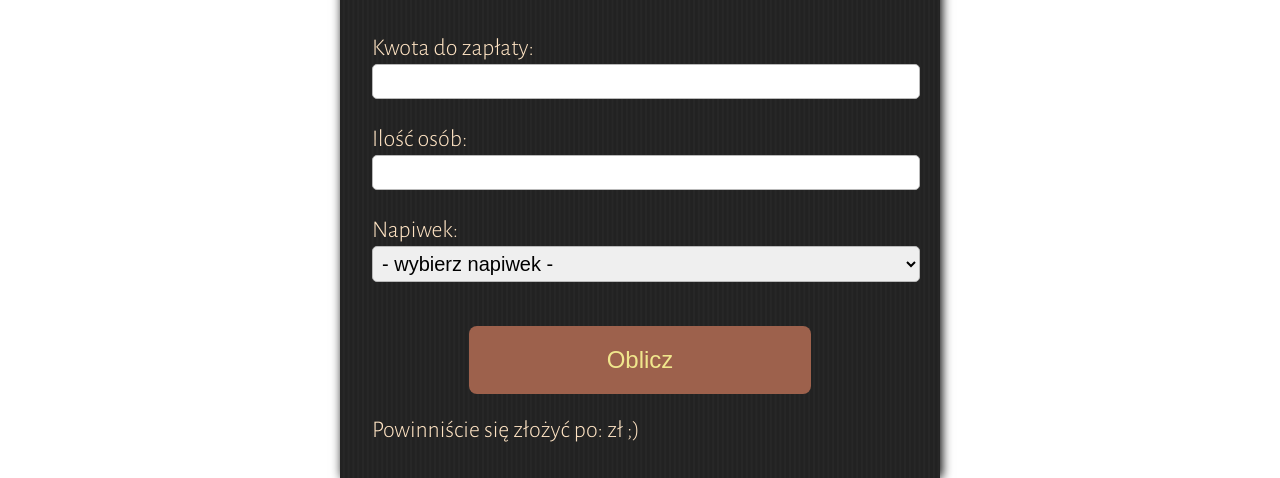
Repository: KrzysKolo/Projekt-2_Rachunek
Page: index.html
These files come from the project's save history. The page is drawn as it stood at one moment and after the next save; the edit follows.
The browser window is 1280 px wide. The pictures show the part of the page from y = 314 to 792 px (the page is 792 px tall before and 782 px after).
Some web fonts or font styles are not loaded; a fallback is used.

Above is the page before, as saved 2020-07-02 08:24:05.

### index.html
<!DOCTYPE html>
<html lang="en">
  <head>
    <meta charset="UTF-8" />
    <meta name="viewport" content="width=device-width, initial-scale=1.0" />
    <title>Projekt 2 - rachunki i napiwki</title>
    <link
      href="https://fonts.googleapis.com/css2?family=Alegreya+Sans:wght@100;300&family=Fontdiner+Swanky&display=swap"
      rel="stylesheet"
    />
    <link rel="stylesheet" href="./css/style.css" />
  </head>
  <body>
    <main class="wrapper">
      <div class="header">
        <h1 class="header__title">Bill - Splitter </h1>
        <h2 class="header__subtitle">Podziel się rachunkiem ze znajomymi ;)</h2>
      </div>
      <section class="articles">

        <div action="" class="article__bill">
            <div class="">
                <label for="value">Kwota do zapłaty: </label>
                <input type="number" class="article__bill--input" id="value" />
            </div>
            <div class=""">
                <label for="people">Ilość osób: </label>
                <input type="number" class="article__bill--input" id="people" />
            </div>
            <div class="">
                <label for="tip">Napiwek: </label>
                <select id="tip" class="article__bill--input">
                    <option value="0" disabled selected> - wybierz napiwek - </option>
                    <option value="0.05">5%</option>
                    <option value="0.1">10%</option>
                    <option value="0.15">15%</option>
                    <option value="0.2">20%</option>
                </select>
             </div>
            <button class="article__btn">Oblicz</button>
            <p class="article__error"></p>
            <p class="article__cost-info">Powinniście się złożyć po: <span class="article__cost"></span>zł ;)</p>
        </div>
      </section>
    </main>
  </body>
</html>

### css/style.css
*,
*::before,
*::after {
  margin: 0;
  padding: 0;
  box-sizing: inherit;
}
body {
  font-size: 16px;
  color: #000000;
  font-family: "Fontdiner Swanky", cursive;
  display: flex;
  flex-direction: column;
  align-items: center;
}
.wrapper {
  width: 600px;
  box-shadow: 2px 0 10px #000;
}
.header {
  padding: 2rem;
  position: relative;
  height: 250px;
  background-image: url("https://cdn.pixabay.com/photo/2017/06/06/22/46/mediterranean-cuisine-2378758_1280.jpg");
  background-size: cover;
  background-position: center;
  z-index: 0;
  display: flex;
  justify-content: center;
  align-items: center;
  flex-direction: column;
}
.header__title {
  color: khaki;
  text-shadow: 3px 3px 5px rgb(12, 5, 5);
  font-size: 4rem;
}
.header__subtitle {
  font-family: "Alegreya Sans", sans-serif;
  color: khaki;
  text-transform: uppercase;
}
.articles {
  background: #222 -webkit-linear-gradient(0deg, #222 50%, #272727 50%);
  background: #222 linear-gradient(90deg, #222 50%, #272727 50%);
  background-size: 0.2em 100%;

  font-family: "Alegreya Sans", sans-serif;
  color: bisque;
  display: flex;
  flex-direction: column;
  padding: 2rem;
  font-size: 1.5rem;
  line-height: 2rem;
}

.article__bill {
  display: flex;
  flex-direction: column;
}
.article__bill--input {
  margin-bottom: 1.5rem;

  font-size: 1.25rem;
  padding: 5px;
  width: 100%;
  border-radius: 5px;
  border: 1px solid rgb(185, 185, 185);
}
.article__btn {
  display: block;
  margin: 20px auto;
  padding: 20px 10px;
  width: 60%;
  font-size: 1.5rem;
  border-radius: 8px;
  color: khaki;
  background-color: rgb(157, 97, 76);
  border: none;
  cursor: pointer;
}
/*
.rotate-hor-center {
  animation: rotate-hor-center 0.5s alternate forwards;
}
----------------------------------------------
 * Generated by Animista on 2020-7-2 6:30:31
 * Licensed under FreeBSD License.
 * See http://animista.net/license for more info.
 * w: http://animista.net, t: @cssanimista
 * ---------------------------------------------- */

/**
 * ----------------------------------------
 * animation rotate-hor-center
 * ----------------------------------------

@keyframes rotate-hor-center {
  0% {
    transform: rotateX(0);
  }
  100% {
    transform: rotateX(-360deg);
  }
}
*/
/* ----------------------------------------------
 * Generated by Animista on 2020-7-2 6:23:43
 * Licensed under FreeBSD License.
 * See http://animista.net/license for more info.
 * w: http://animista.net, t: @cssanimista
 * ---------------------------------------------- */

/**
 * ----------------------------------------
 * animation flip-scale-2-ver-left
 * ----------------------------------------

.flip-scale-2-ver-left {
  -webkit-animation: flip-scale-2-ver-left 0.5s;
  animation: flip-scale-2-ver-left 0.5s;
}
@-webkit-keyframes flip-scale-2-ver-left {
  0% {
    -webkit-transform: translateX(0) rotateY(0) scale(1);
    transform: translateX(0) rotateY(0) scale(1);
    -webkit-transform-origin: 0% 50%;
    transform-origin: 0% 50%;
  }
  50% {
    -webkit-transform: translateX(-50%) rotateY(90deg) scale(2);
    transform: translateX(-50%) rotateY(90deg) scale(2);
    -webkit-transform-origin: 50% 50%;
    transform-origin: 50% 50%;
  }
  100% {
    -webkit-transform: translateX(-100%) rotateY(180deg) scale(1);
    transform: translateX(-100%) rotateY(180deg) scale(1);
    -webkit-transform-origin: 100% 50%;
    transform-origin: 100% 50%;
  }
}
@keyframes flip-scale-2-ver-left {
  0% {
    -webkit-transform: translateX(0) rotateY(0) scale(1);
    transform: translateX(0) rotateY(0) scale(1);
    -webkit-transform-origin: 0% 50%;
    transform-origin: 0% 50%;
  }
  50% {
    -webkit-transform: translateX(-50%) rotateY(90deg) scale(2);
    transform: translateX(-50%) rotateY(90deg) scale(2);
    -webkit-transform-origin: 50% 50%;
    transform-origin: 50% 50%;
  }
  100% {
    -webkit-transform: translateX(-100%) rotateY(180deg) scale(1);
    transform: translateX(-100%) rotateY(180deg) scale(1);
    -webkit-transform-origin: 100% 50%;
    transform-origin: 100% 50%;
  }
}
*/

After the next save:
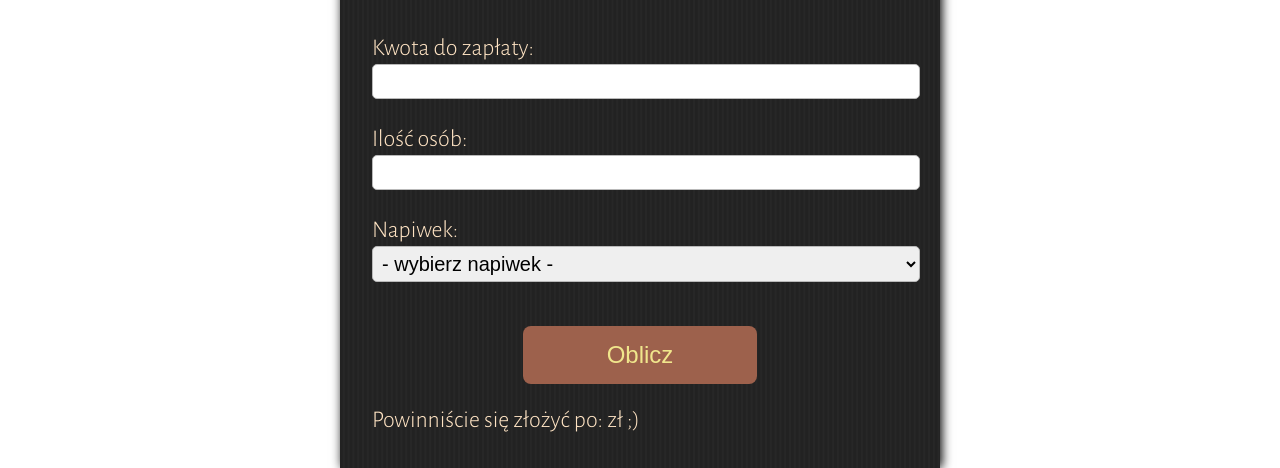
Saved 54 s later.
--- a/css/style.css
+++ b/css/style.css
@@ -70,8 +70,8 @@ body {
 .article__btn {
   display: block;
   margin: 20px auto;
-  padding: 20px 10px;
-  width: 60%;
+  padding: 15px 10px;
+  width: 40%;
   font-size: 1.5rem;
   border-radius: 8px;
   color: khaki;
